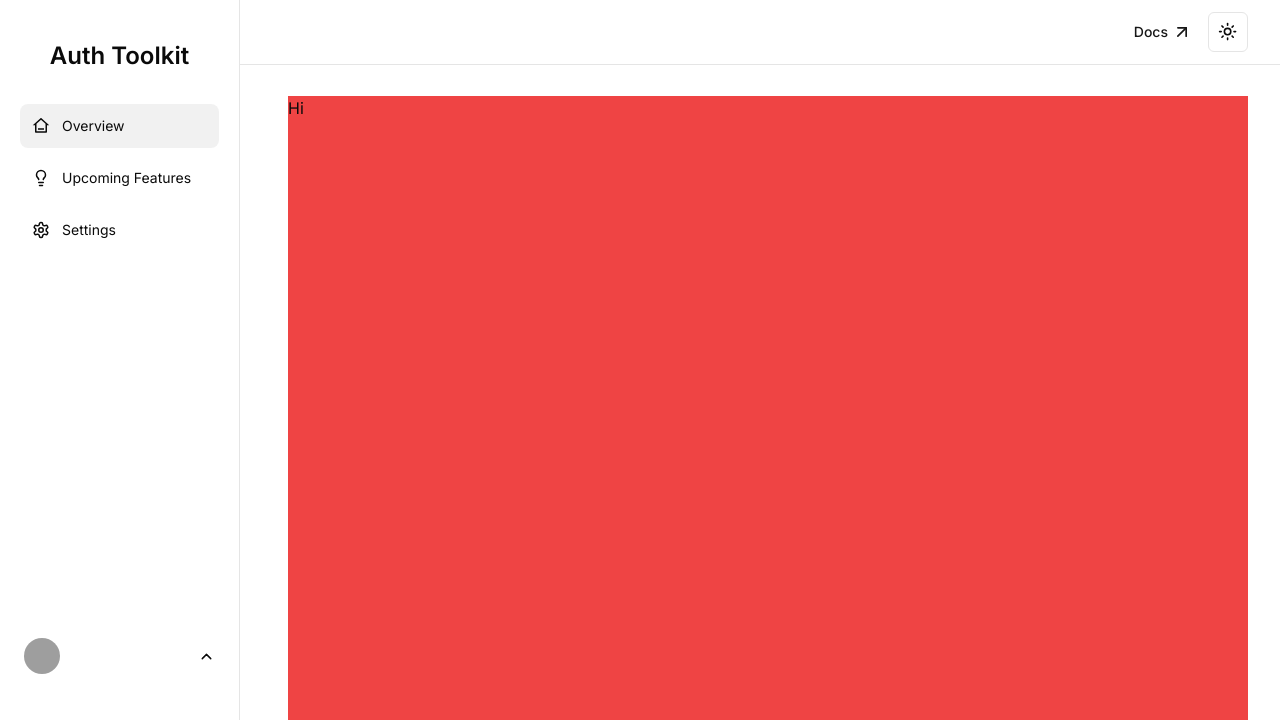
Repository: nickgoel31/authentication-toolkit
Page: /dashboard
The author's editor kept a copy of each file at every save. The page is drawn from the files as they stood at one save, then again after the next save.
The browser window is 1280 px wide. The pictures show the whole page.
Pictures or frames that could not be fetched are drawn as grey boxes. The page's requests for data from a server got no answer. The project was rebuilt for these pictures with package versions that can differ from the ones it lists, and the page was loaded fresh each time. The framework's server and built-in components were replaced by stand-ins that run in the browser. No one was signed in, and anything a server would have sent is missing. Also part of the build but not shown: next.config.mjs.

Above is the page before, as saved 2024-02-05 20:40:29.

After the next save:
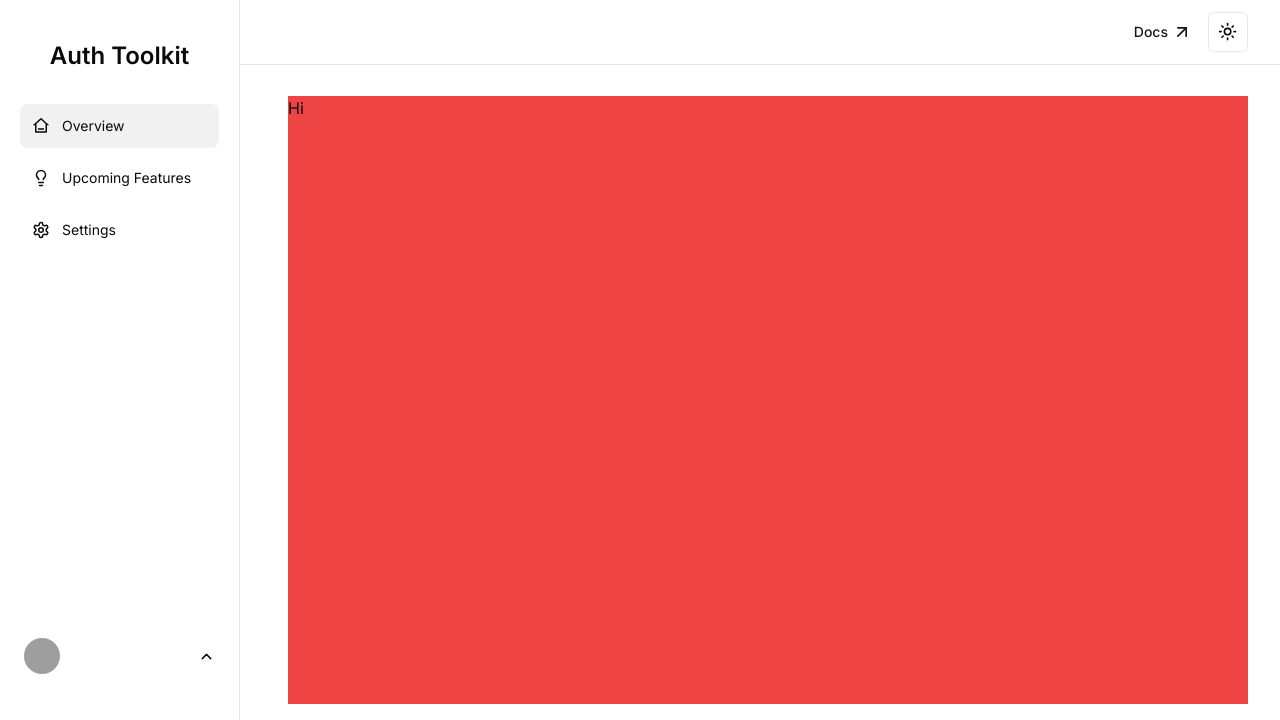
Saved 12 s later.
--- a/app/(protected)/dashboard/layout.tsx
+++ b/app/(protected)/dashboard/layout.tsx
@@ -9,7 +9,7 @@ const DashboardLayout = async ({children} : {children:React.ReactNode}) => {
 
   return (
     <SessionProvider session={session}>
-      <div className='mx-auto flex flex-col relative pl-72 pt-24 pr-8 h-screen'>
+      <div className='mx-auto flex flex-col relative pl-72 pt-24 pr-8 pb-4 h-screen'>
           <Sidebar />
           <Navbar />
           {children}
